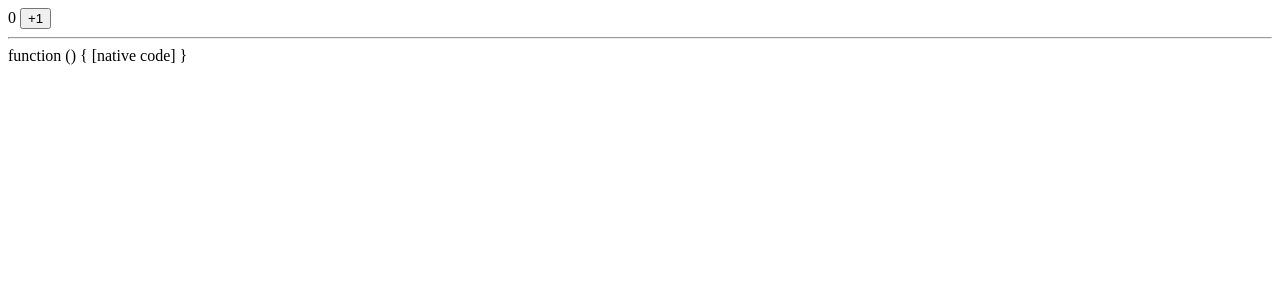
Repository: Lixianlai-2/The-journey-of-learning-Vue
Page: index.html
These files come from the project's save history. The page is drawn as it stood at one moment and after the next save; the edit follows.
The browser window is 1280 px wide. The pictures show the whole page.

Above is the page before, as saved 2022-04-04 15:06:55.

### index.html
<!DOCTYPE html>
<html lang="en">
  <head>
    <meta charset="UTF-8" />
    <meta http-equiv="X-UA-Compatible" content="IE=edge" />
    <meta name="viewport" content="width=device-width, initial-scale=1.0" />
    <title>Vue-demo1</title>
  </head>
  <body>
    <!-- <div id="app">{{ message }}</div> -->

    <!-- <div id="app-2"> -->
    <!-- 表示是Vue提供的特殊attribute -->
    <!-- <span v-bind:title="mes"> 鼠标悬停几秒钟查看此处动态绑定的提示信息 </span>
    </div> -->

    <!-- 注意这里是用的id -->
    <!-- <div id="app-3">
      <p v-if="seen">现在你看到我了</p>
    </div> -->

    <!-- <div id="app-4">
      <ol>
        <li v-for="todo in todos">{{todo.text}}</li>
      </ol>
    </div> -->

    <!-- <div id="app-5">
      <p>{{message}}</p>
      <button v-on:click="reverseMessage">点击翻转</button>
    </div> -->

    <!-- <div id="app-6">
      <p>{{message}}</p>
      <input v-model="message" />
    </div> -->

    <!-- <div id="app-7"></div> -->
    <div id="app-7">
      <!-- {{n}}
      <button @click="add">+1</button> -->
    </div>

    <script src="https://cdn.jsdelivr.net/npm/vue@2/dist/vue.js"></script>
    <script src="./起步.js"></script>
  </body>
</html>

### 起步.js
// 关闭提示
const Vue = window.Vue;
Vue.config.productionTip = false;

// // 声明式渲染
// var app = new Vue({
//   el: "#app",
//   data: {
//     message: "Hello World! Vue here!",
//   },
// });

// var app2 = new Vue({
//   el: "#app-2",
//   data: {
//     mes: "页面加载于" + new Date().toLocaleString(),
//   },
// });

// var app3 = new Vue({
//   // 注意html中是用的id，不是用的class
//   el: "#app-3",
//   data: {
//     seen: true,
//   },
// });

// var app4 = new Vue({
//   el: "#app-4",
//   data: {
//     todos: [{ text: "First" }, { text: "Second" }],
//   },
// });

// var app5 = new Vue({
//   el: "#app-5",
//   data: {
//     message: "Hello Vue.js!",
//   },
//   //   注意这里是methods，有个s，就因为这个s我查了很久啊
//   methods: {
//     reverseMessage() {
//       console.log(this);
//       console.log(this.message);
//       this.message = this.message.split("").reverse().join("");
//     },
//   },
// });

// // 处理用户输入
// var app6 = new Vue({
//   el: "#app-6",
//   data: {
//     message: "Hello Lixianlai2!",
//   },
// });

// 7.
new Vue({
  data: function () {
    return {
      n: 0,
      array: [1, 2, 3, 4, 5, 6, 7, 8, 9],
    };
  },
  template: `
    <div id="app-7">
    {{n}}
    <button @click="add">+1</button>
    <hr>
    {{filter}}
    </div>`,
  el: "#app-7",
  methods: {
    add() {
      this.n += 1;
    },
    filter() {
      return this.array.filter((i) => i % 2 === 0);
    },
  },
});

// 组件化应用构建

After the next save:
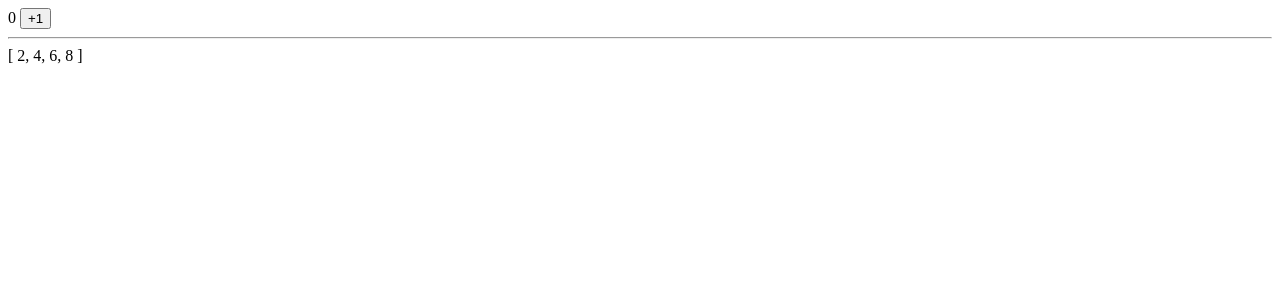
Saved 55 s later.
--- a/起步.js
+++ b/起步.js
@@ -68,7 +68,7 @@ new Vue({
     {{n}}
     <button @click="add">+1</button>
     <hr>
-    {{filter}}
+    {{filter()}}
     </div>`,
   el: "#app-7",
   methods: {
